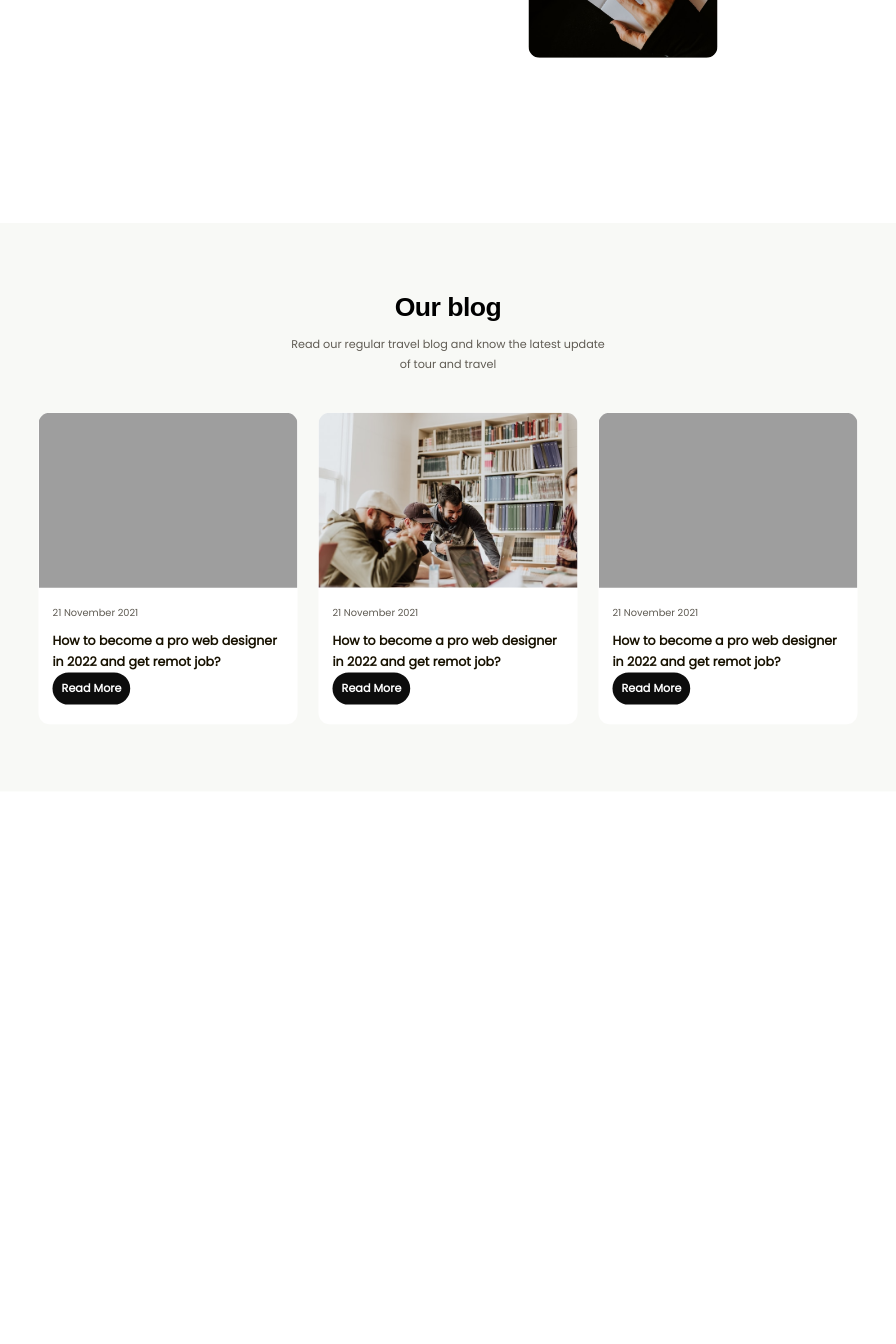
Repository: nguyendonghieu1011-png/figma-to-html1
Page: index.html
These files come from the project's save history. The page is drawn as it stood at one moment and after the next save; the edit follows.
The browser window is 1280 px wide. The pictures show the part of the page from y = 3491 to 5411 px (the page is 10000 px tall), at 70% of full size.
Pictures or frames that could not be fetched are drawn as grey boxes. A picture or video elsewhere on the page could not be fetched, so the positions and the page height are approximate. Some web fonts or font styles are not loaded; a fallback is used. Some web libraries are served in a nearby version.

Above is the page before, as saved 2026-01-06 18:34:08.

### index.html
<!DOCTYPE html>
<html lang="en">
<head>
  <meta charset="UTF-8">
  <meta name="viewport" content="width=device-width, initial-scale=1.0">
  <link rel="stylesheet" href="https://cdnjs.cloudflare.com/ajax/libs/font-awesome/7.0.1/css/all.min.css" integrity="sha512-2SwdPD6INVrV/lHTZbO2nodKhrnDdJK9/kg2XD1r9uGqPo1cUbujc+IYdlYdEErWNu69gVcYgdxlmVmzTWnetw==" crossorigin="anonymous" referrerpolicy="no-referrer" />
  <link rel="stylesheet" href="./assets/css/reset.css">
  <link rel="preconnect" href="https://fonts.googleapis.com">
  <link rel="preconnect" href="https://fonts.gstatic.com" crossorigin>
  <link href="https://fonts.googleapis.com/css2?family=Pacifico&family=Poppins:wght@200;300;400&family=Roboto:ital,wght@0,100..900;1,100..900&family=Sekuya&display=swap" rel="stylesheet">
  <link rel="stylesheet" href="./assets/css/style.css">
  <title>Project</title>
</head>

<body>
  <header class="header fixed">
    <div class="main content">
      <div class="body">

        <h1>TangSan</h1>

        <nav class="nav">
          <ul>
            <li class="active"><a href="#!">Home</a></li>
            <li><a href="#!">Courses</a></li>
            <li><a href="#!">Pricing</a></li>
            <li><a href="#!">Reviews</a></li>
          </ul>
        </nav>

        <div class="action">
          <a href="" class="btn btn-sign-up">Sign Up</a>
        </div>
      </div>
    </div>
  </header>

  <!-- main -->
   <main class="main">
    <div class="hero">
      <div class="main content">
        <div class="body">
          <!-- left -->
          <div class="media-block">
            <img class="img" src="./assets/img/hero-img.jpg" alt="" >

            <div class="hero-summary">
              <!-- item1 -->
              <div class="item">
                <div class="icon">
                  <img class="icon-design dev" src="./assets/icon/des.svg" alt="Design">
                </div>

                <div class="info">
                  <p class="label">20 Courrses</p>
                  <p class="title">UI/UX Design</p>
                </div>
              </div>
              <!-- item2 -->
               <div class="item">
                <div class="icon">
                  <img class="icon-design" src="./assets/icon/dev.svg" alt="">
                </div>

                <div class="info">
                  <p class="label">20 Courrses</p>
                  <p class="title">Development</p>
                </div>
              </div>
              <!-- item3 -->
               <div class="item">
                <div class="icon">
                  <img class="icon-design" src="./assets/icon/marketing.svg" alt="">
                </div>

                <div class="info">
                  <p class="label">30 Courrses</p>
                  <p class="title">Marketing</p>
                </div>
              </div>
            </div>

            </div>
          <!-- right -->
           <div class="content-block">
              <h1 class="heading">Learn without limits and spread knowledge.</h1>
              <p class="desc">
                Lorem ipsum dolor sit amet consectetur adipisicing elit. Illum tenetur minima,
                est voluptas eaque aspernatur aperiam hic.
                Necessitatibus, doloremque architecto.
              </p>

              <div class="cta-group">
                <a class="btn hero-cta" href="#!">See Courses</a>
                <button class="watch-video">
                  <div class="icon">
                    <img class="icon-play" src="./assets/icon/play.svg" alt="">
                  </div>
                  <span>Watch Video</span>
                </button>
              </div>

              <p class="desc desc-recent">Recent eagement</p>
              <p class="desc stats">
                <strong>50K</strong> Students
                <strong>70+</strong> Courses
              </p>
           </div>

        </div>
      </div>
    </div>
   </main>

   <!-- popular -->
  <div class="popular">
  <div class="main content">
    <div class="popular-top">
      <!-- popular left -->
      <div class="info">
      <h2 class="heading-lv2">Our popular courses</h2>
        <p class="desc">
          Build new skills with new trendy courses and shine for the next future career.
        </p>
      </div>
      <!-- popular right -->
      <div class="controls">
        <button class="control-btn">
          <!-- <img src="./assets/icon/prev.svg" alt=""> -->
          <svg width="8" height="14" viewBox="0 0 8 14" fill="none"
                                xmlns="http://www.w3.org/2000/svg">
                                <path d="M7 1L1 7L7 13" stroke="currentColor" stroke-linecap="round"
                                    stroke-linejoin="round" />
                            </svg>
        </button>
        <button class="control-btn btn1">
          <!-- <img src="./assets/icon/next.svg" alt=""> -->
           <svg width="8" height="14" viewBox="0 0 8 14" fill="none"
                                xmlns="http://www.w3.org/2000/svg">
                                <path d="M1 1L7 7L1 13" stroke="currentColor" stroke-linecap="round"
                                    stroke-linejoin="round" />
                            </svg>
        </button>
      </div>
    </div>

    <!-- COURSE LIST -->
    <div class="course-list">
      <!-- item 1 -->
      <div class="course-item">
        <a href="#!">
          <img src="./assets/img/course-1.jpg" alt="design" class="thumb">
        </a>

        <div class="info">
          <div class="head">
            <h3 class="title"><a href="#!">Basic web design</a></h3>
            <div class="rating">
              <img src="./assets/icon/star.svg" alt="" class="star">
              <span class="value">4.5</span>
            </div>
          </div>

          <p class="desc">
            Get the best course, gain knowledge and shine for your future career.
          </p>

          <div class="foot">
            <span class="price">$120.75</span>
            <button class="btn btn-book">Book Now</button>
          </div>
        </div>
      </div>

      <!-- item 2 -->
            <div class="course-item">
        <a href="#!">
          <img src="./assets/img/course-2.jpg" alt="UI/UX design" class="thumb">
        </a>

        <div class="info">
          <div class="head">
            <h3 class="title"><a href="#!">UI/UX design</a></h3>
            <div class="rating">
              <img src="./assets/icon/star.svg" alt="" class="star">
              <span class="value">4.5</span>
            </div>
          </div>

          <p class="desc">
            Get the best course, gain knowledge and shine for your future career.
          </p>

          <div class="foot">
            <span class="price">$120.75</span>
            <button class="btn btn-book">Book Now</button>
          </div>
        </div>
      </div>

      <!-- item 3 -->
            <div class="course-item">
        <a href="#!">
          <img src="./assets/img/course-3.jpg" alt="web app design" class="thumb">
        </a>

        <div class="info">
          <div class="head">
            <h3 class="title"><a href="#!">Web app design</a></h3>
            <div class="rating">
              <img src="./assets/icon/star.svg" alt="" class="star">
              <span class="value">4.5</span>
            </div>
          </div>

          <p class="desc">
            Get the best course, gain knowledge and shine for your future career.
          </p>

          <div class="foot">
            <span class="price">$120.75</span>
            <button class="btn btn-book">Book Now</button>
          </div>
        </div>
      </div>

    </div>
  </div>
</div>

   <!-- feedback  -->
    <div class="feedback">
      <div class="main content">
        <div class="feedback-list">

          <!-- item 1 -->
           <div class="feedback-item">
            <!-- khối left -->
             <div class="info">
              <img src="./assets/img/donghieu.jpg" alt="depzai" class="avatar">
              <p class="member-name">Dong Hieu</p>
              <p class="desc">Student of web Design</p>
              <div class="dots">
                <span class="dot active"></span>
                <span class="dot"></span>
                <span class="dot"></span>
              </div>
             </div>
            <!-- khối right -->
             <div class="content">
              <img src="./assets/icon/open-quote.svg" alt="" class="open-quoies">
              <blockquote>Not only does my resume look impressive—filled with
                the names and logos of world-class institutions—but these
                certificates also bring me closer to my career goals by
                validating the skills I've learned. DepZai"
              </blockquote>
             </div>
          </div>

        </div>
      </div>
    </div>

   <!-- features 1 -->
     <div class="features">
      <div class="main content">
        <div class="body">
          <div class="imges">
            <img class="lower" src="./assets/img/olena-bohovyk.jpg" alt="">
            <img src="./assets/img/learn2.jpg" alt="">
          </div>
          <div class="content-text">
            <h2 class="heading-lv2">Learner outcomes through our awesome platform</h2>
            <p class="desc">87% of people learning for professional development report career benefits like getting a promotion, a raise, or starting a new career.</p>
            <p class="desc">Lesson Impact Report (2022)</p>
            <a class="btn cta-btn" href="#!">Sign Up</a>
          </div>
        </div>
      </div>
     </div>

   <!-- features 2 -->
     <div class="features features-2">
      <div class="main content">
        <div class="body">
          <div class="content-text-2">
            <h2 class="heading-lv2">Take the next step toward your personal and professional goals with Lesson.</h2>
            <p class="desc">Take the next step toward. Join now to receive personalized and more recommendations from the full Coursera catalog.</p>
            <a class="btn cta-btn" href="#!">Join Now</a>
          </div>

          <div class="imges imges-2">
            <img src="./assets/img/learn2.jpg" alt="">
          </div>
        </div>
      </div>
     </div>

   <!-- Blog -->
    <div class="blog">
      <div class="main content">
        <div class="blog-top">
          <h2 class="heading-lv2">Our blog</h2>
          <p class="desc">Read our regular travel blog and know the latest update of tour and travel</p>
        </div>

          <div class="blog-list">
            <!-- item 1 -->
            <div class="item">
              <a href="#!"><img  class="thumb" src="./assets/img/blog1.jpg" alt=""></a>

              <div class="info">
                <p class="date">21 November 2021</p>
                <h3 class="title">How to become a pro web designer in 2022 and get remot job?</h3>
                <a href="#!" class="btn">Read More</a>
              </div>
            </div>

            <!-- item 2 -->
            <div class="item">
              <a href="#!"><img  class="thumb" src="./assets/img/blog2.jpg" alt=""></a>

              <div class="info">
                <p class="date">21 November 2021</p>
                <h3 class="title">How to become a pro web designer in 2022 and get remot job?</h3>
                <a href="#!" class="btn">Read More</a>
              </div>
            </div>

            <!-- item 3 -->
            <div class="item">
              <a href="#!"><img  class="thumb" src="./assets/img/blog3.jpg" alt=""></a>

              <div class="info">
                <p class="date">21 November 2021</p>
                <h3 class="title">How to become a pro web designer in 2022 and get remot job?</h3>
                <a href="#!" class="btn">Read More</a>
              </div>
            </div>

          </div>
      </div>
    </div>
</body>
</html>

### assets/css/style.css
* {
  box-sizing: border-box;
}

:root {
  --font-heading: "Sen", sans-serif;
}

html {
  font-size: 62.5%;
}

body {
  font-size: 1.6rem;
  font-family: "Poppins", sans-serif;
  height: 1000rem;

}

h1 {
  font-weight: 700;
  font-style: italic;
  padding: 5px;
  margin-left: 20px;
  margin-right: 20px;
  letter-spacing: 2px;
}

a {
  text-decoration: none;
}

.heading-lv2 {
  color: black;
  font-family: var(--font-heading);
  font-size: 38px;
  font-weight: 700;
  line-height: 1.27;
  letter-spacing: -0.76px;
}

.header {
  background-color: #f8f9f6;
}

.header.fixed {
  z-index: 1;
  position: sticky;
  top: -28px;
}

.header h1 {
  font-size:2.8rem;
  text-shadow: 3px 0 0 #7b7b7b
}

.btn {
  display: inline-block;
  background-color: #0d0d0d;
  text-align: center;
  color: #fff;
  padding: 8px 13px;
  line-height: 30px;
  border-radius: 999px;
  font-weight: 600;
}

.btn:hover {
  /* background-color: #5b5d54; */
  opacity: 0.9;
  cursor: pointer;
}


.main.content {
  width: 1170px;
  max-width: calc(100% - 48px);
  margin-left: auto;
  margin-right: auto;
}

.header .body {
  display: flex;
  align-items: baseline; /* or center*/
  padding: 36px 0 8px
}

.nav {
  margin-left: auto;
}

.nav ul {
  display: flex;
}

.nav a {
  position: relative;
  color: rgb(100, 95, 95);
  text-align: center;
  padding: 8px 21px;
}

.nav a:hover {
  color:black;
  /* font-weight: 600; */
  /* font-size: 17px; */
  text-shadow: 1px 0 0 currentColor;
}

.header .btn-sign-up {
  min-width: 130px;
}

.header .action {
  margin-left: 50px;
}

.hero {
  padding: 56px 0 65px;
  background-color: #f8f9f6;
}

.hero .body {
  display: flex;
}

.hero .media-block {
  position: relative;
  width: 50%;
}

.hero .content-block {
  width: 52%;
  margin-left: 100px
}

.hero .media-block .img {
  width: 470px;
  height: 685px;
  object-fit: cover;
  border-radius: 20px;
}

.hero .hero-summary {
  position: absolute;
  bottom: 50px;
  right: 0;
  background-color: #fff;
  padding: 30px 60px;
  border-radius: 20px;
}



.hero-summary .info {
  margin-left: 16px;
}


.hero-summary .icon {
  width: 48px;
  height: 48px;
  border-radius: 50%;
  display: flex;
  justify-content: center;
  align-items: center;
  background-color: #fff9e8;
}



.hero-summary .item {
  display: flex;
  align-items: center;
}

.hero-summary .item + .item {
  margin-top: 22px;
}

.hero-summary .label {
  color:#787777;
  font-size: 1.4rem;
  line-height: 186%;
}

.hero-summary .title {
  font-size: 1.8rem;
  font-weight: 600;
  line-height: 30px
}

.hero .content-block {
  width: 52%;
  padding-left: 130px;
}


.hero .heading {
  font-family: var(--font-heading);
  font-size: 58px;
  font-style: normal;
  font-weight: 700;
  line-height: 68px;
  letter-spacing: -1.16px; /*khoảng cách giữa các chữ cái*/

}

.hero .desc {
  margin-top: 20px;
  color: #787777;
  font-size: 1.8rem;
  line-height: 1.67;
}

.hero .cta-group {
  margin-top: 38px;
  display: flex;
}

.hero-cta {
  background-color: #e2d706;
  min-width: 170px;
  line-height: 35px;
  margin-right: 20px;
}

.hero .watch-video {
  border: none;
  display: flex;
  justify-content: center;
  align-items: center;
  background-color: transparent;
  cursor: pointer;
}


.hero-cta:hover {
  background-color: rgb(235, 166, 3);
}

.cta-group span {
  margin-left: 10px;
  font-size: 1.8rem;
  font-weight: 700;
  line-height: 30px;

}

.hero .watch-video .icon {
  display: flex;
  align-items: center;
  justify-content: center;
  width: 40px;
  height: 40px;
  border-radius: 40px;
  background: #fff;
  box-shadow: 0px 8px 16px 0px rgba(0, 0, 0, 0.07);
}



.hero .desc-recent {
  margin-top: 35px;
}

.hero .stats {
  margin-top: 8px;
}

.hero .stats strong {
  margin-right: 15px;
  color: black;
  font-family: var(--font-heading);
  font-size: 44px;
  font-weight: 700;
  line-height: 54px;
}

.hero .stats strong:nth-child(2) {
  margin-left: 28px;
}

/* popular */

.popular {
  padding: 65px 0;
  margin-top: 135px;
}

.popular-top {
  display: flex;
  justify-content: space-between;
  align-items: center;
}

.popular-top .desc{
  margin-top: 16px;
  width: 458px;
  color: #555555;
  font-size: 1.8rem;
  line-height: 1.67;
}

.popular-top .controls {
  display: flex;
  gap: 18px;
}

.popular .control-btn {
  display: flex;
  justify-content: center;
  align-items: center;
  background: transparent;
  width: 40px;
  height: 40px;
  padding: 10px 15px;
  border-radius: 999px;
  color: rgb(235, 166, 3);
  border: 1px solid rgb(235, 166, 3);

}

.popular .control-btn:hover {
  background-color: rgb(235, 166, 3);;
  color: #fff;
   cursor: pointer;
}

.popular .course-list {
  margin-top: 55px;
  display: flex;
  align-items: baseline;
  gap: 30px;
}

.popular .course-item {
  border-radius: 12px;
  border: 1px solid rgb(225, 224, 224);
  background-color: #fff;
}

.popular .course-item:hover {
  border: 1px solid transparent;
  border-radius: 12px;
  background-color: #fff;
  box-shadow: 0px 18px 36px 0px rgba(0, 0, 0, 0.05);
}

.popular .course-item .thumb {
  border-top-left-radius: 12px;
  border-top-right-radius: 12px;
  width: 100%;
  height: 278px;
  object-fit: cover;
}

.popular .course-item .info {
  padding: 16px 22px 22px;
}

.popular .course-item .foot,
.popular .course-item .rating,
.popular .course-item .head {
  display: flex;
  align-items: center;
  justify-content: space-between;
}

.popular .course-item .value {
  margin-left: 6px;
  color: #fea31b;
  font-size: 16px;
  line-height: 28px;
}

.popular .course-item .title a{
  color: #171100;
  font-size: 1.8rem;
  font-weight: 600;
  line-height: 30px;
}

.popular .course-item .desc {
  margin-top: 6px;
  color: #5f5b53;
  font-size: 14px;
  line-height: 26px;
}

.popular .course-item .foot {
  margin-top: 12px;
}

.popular .course-item .price {
  font-style: 1.8rem;
  font-weight: 600;
  line-height: 30px;
}

.popular .course-item .btn-book {
  border: none;
}

.popular .course-item .btn-book:hover {
  background-color:#fea31b;
  /* cursor: pointer */
}

/* feedback */

.feedback {
  margin-top: 135px;
  background-color: #3d2802;
  padding: 96px 0 96px 0;
}

/* .feedback-list {
  display: flex;

} */

.feedback-item {
  display: flex;
  /* justify-content: space-between; */
}

.feedback .info .avatar {
    width: 72px;
    height: 72px;
    border-radius: 50%;
    object-fit: cover;
}

.feedback-item .info .member-name {
  margin-top: 18px;
  font-family: var(--font-heading);
  font-size: 24px;
  font-weight: 700;
  line-height: 34px;
}

.feedback-item .info .desc {
  margin-top: 4px;
  color: #bfbcb2;
  font-style: 1.4rem;
  line-height: 1.86;
}

.feedback-item .dots {
  display: flex;
  margin-top: 28px;
  gap: 6px;
}

.feedback-item .dot {
  width: 6px;
  height: 6px;
  border-radius: 50%;
  background-color: #88580a;
}

.feedback-item .active {
  background-color: #fea31b;
  cursor: pointer;
}

.feedback-item .content {
  width: 66%;
  margin-left: auto;
}

.feedback-item blockquote {
  color: #fff;
  font-size: 26px;
  font-style: italic;
  line-height: 40px;
}

/* features 1 */
.features {
  margin-top: 135px;
  padding: 65px 0;
}

.features .body {
  display: flex;
  justify-content: space-between;
}

.features .imges {
  display: flex;
  gap:  30px;
}

.features .imges img{
  width: 270px;
  height: 404px;
  object-fit: cover;
  border-radius: 16px;
}

.features .lower {
  margin-top: 34px;
}

.features .content-text .desc {
  margin-top: 16px;
  color: #5f5b53;
  font-size: 1.6rem;
  line-height: 1.75;
}

.features .content-text {
  width: 41%;
  display: flex;
  flex-direction: column;
  justify-content: center;
}

.features .cta-btn {
  margin-top: 32px;
  width: 137px;
  height: 50px;
  background-color: #fea31b;
  display: flex;
  justify-content:center;
  align-items: center;
}

.features .imges-2 {
  width: 470px;
  height: 440px;
  object-fit: cover;
  border-radius: 16px;
}

/* features 2 */
.features-2 {
  margin-top: 70px;
}

.features-2 .content-text-2 {
  width: 49%;
}

/* blog */
.blog {
  margin-top: 135px;
  background-color: #f8f9f6;
  padding: 96px 0;
}

.blog .blog-top {
  text-align: center;
}

.blog .blog-top .desc {
  margin: 16px auto 0;
  width: 448px;
  color: #5f5b53;
  font-size: 1.6rem;
  line-height: 1.75
}

.blog .blog-list {
  display: flex;
  gap: 30px;
  margin-top: 55px;
}

.blog-list .item {
  flex-shrink: 0;
  width: calc(33.33% - 20px);
  border-radius: 16px;
  background-color: #fff;
}


.blog-list .item .thumb {
  width: 100%;
  height: 250px;
  object-fit: cover;
  border-radius: 16px 16px 0 0;
}

.blog .item .info {
  padding: 20px 20px 28px;
}

.blog .info .date {
  position: relative;
  padding-bottom: 12px;
  display: inline-flex;
  align-items: center;
  color: #5f5b53;
  font-size: 1.4rem;
  line-height: 1.86;
}

.blog .info h3 {
  color: #171100;
    font-size: 1.8rem;
    font-weight: 600;
    line-height: 30px;
}

Loaded but not shown: assets/css/reset.css (common file)

After the next save:
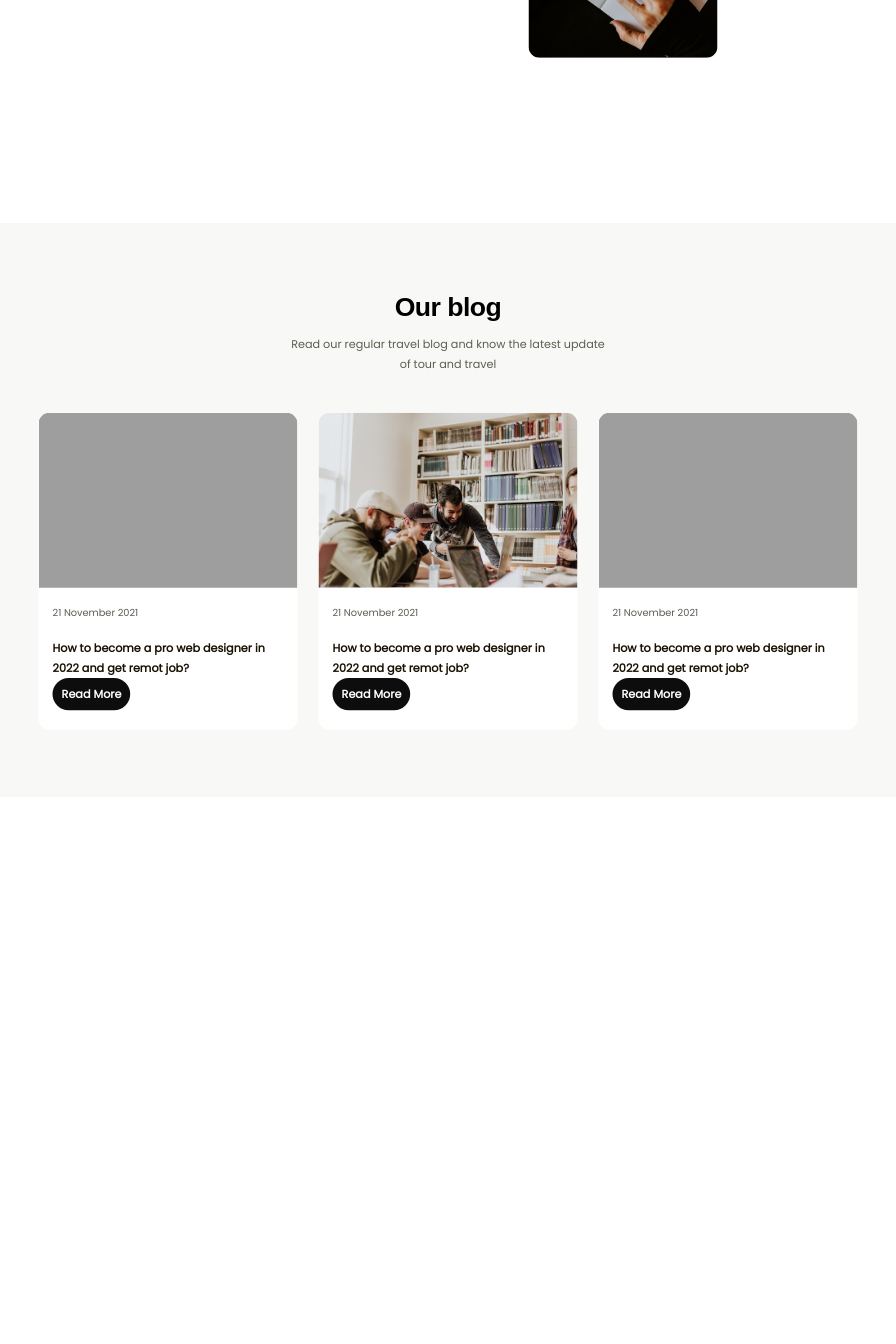
Saved 21 s later.
--- a/assets/css/style.css
+++ b/assets/css/style.css
@@ -599,8 +599,9 @@ a {
 }
 
 .blog .info h3 {
-  color: #171100;
-    font-size: 1.8rem;
+    margin-top: 12px;
+    color: #171100;
+    font-size: 1.6rem;
     font-weight: 600;
-    line-height: 30px;
-}
+    line-height: 1.75;
+}
